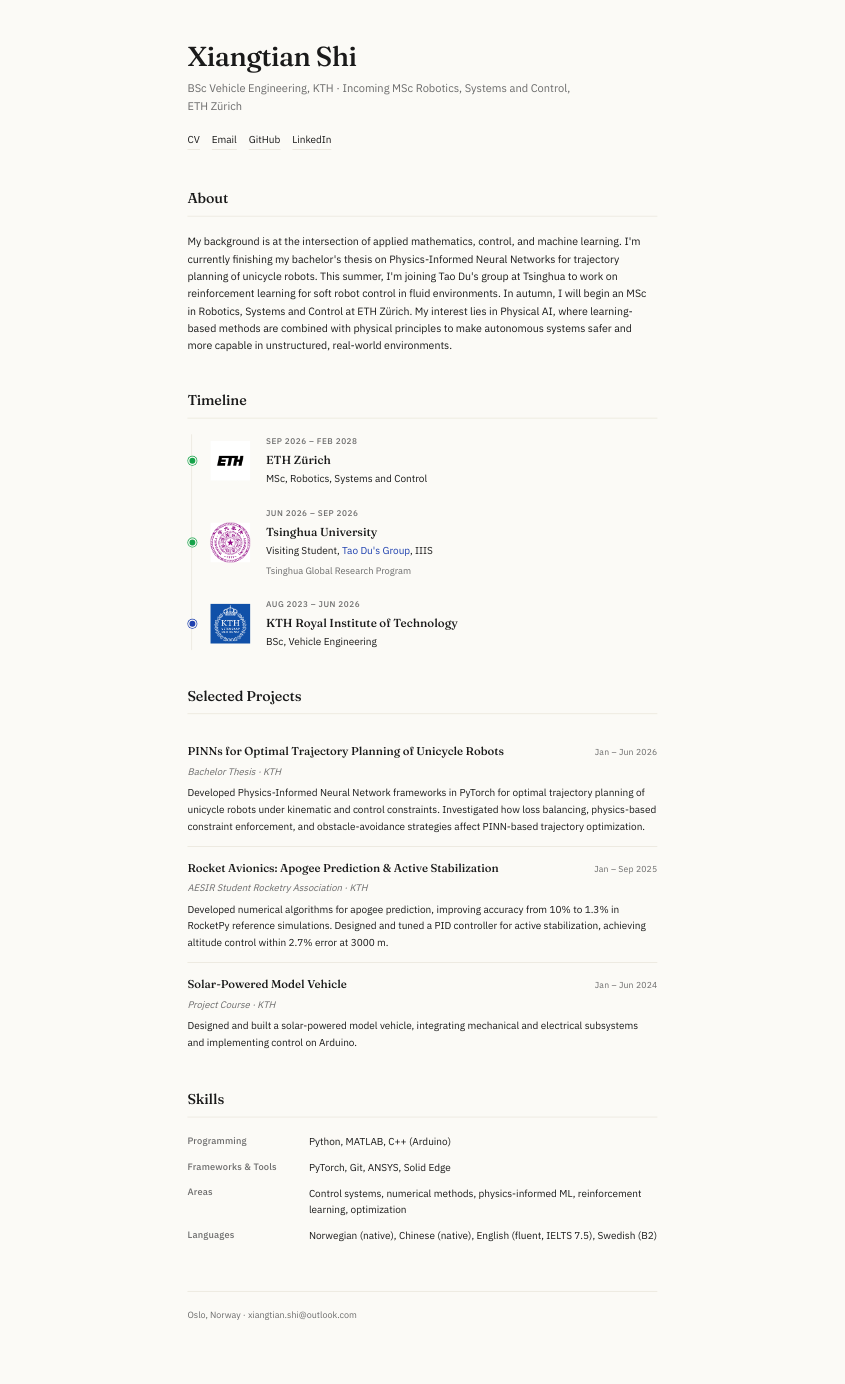
Repository: xitisch/xitisch.github.io
Page: index.html
These files come from the project's save history. The page is drawn as it stood at one moment and after the next save; the edit follows.
The browser window is 1280 px wide. The pictures show the whole page, at 66% of full size.

Above is the page before, as saved 2026-06-08 03:08:16.

### index.html
<!doctype html>
<html lang="en">
<head>
  <meta charset="UTF-8">
  <meta name="viewport" content="width=device-width, initial-scale=1.0">
  <link rel="stylesheet" href="style.css">
  <title>Xiangtian Shi</title>
</head>
<body>
  <div class="container">

    <header>
      <h1>Xiangtian Shi</h1>
      <p class="tagline">BSc Vehicle Engineering, KTH &middot; Incoming MSc Robotics, Systems and Control, ETH&nbsp;Zürich</p>
      <nav class="header-links">
        <a href="XiangtianShi_CV.pdf" target="_blank">CV</a>
        <a href="mailto:xiangtian.shi@outlook.com">Email</a>
        <a href="https://github.com/xitisch">GitHub</a>
        <a href="https://www.linkedin.com/in/xiangtian-shi-5ab47428b/">LinkedIn</a>
      </nav>
    </header>

    <section>
      <h2>About</h2>
      <p>
      My background is at the intersection of applied mathematics, control, and machine learning. I'm currently finishing my bachelor's thesis on Physics-Informed Neural Networks for trajectory planning of unicycle robots. This summer, I'm joining Tao Du's group at Tsinghua to work on reinforcement learning for soft robot control in fluid environments. In autumn, I will begin an MSc in Robotics, Systems and Control at ETH Zürich. My interest lies in Physical AI, where learning-based methods are combined with physical principles to make autonomous systems safer and more capable in unstructured, real-world environments.
      </p>
    </section>

    <section>
      <h2>Timeline</h2>
      <div class="timeline">

        <div class="timeline-item current">
          <img class="timeline-logo" src="images/eth.png" alt="ETH logo">
          <div class="timeline-item-text">
            <div class="timeline-date">Sep 2026 &ndash; Feb 2028</div>
            <div class="timeline-title">ETH Zürich</div>
            <div class="timeline-meta">MSc, Robotics, Systems and Control</div>
          </div>
        </div>

        <div class="timeline-item current">
          <img class="timeline-logo" src="images/thu.png" alt="THU logo">
          <div class="timeline-item-text">
            <div class="timeline-date">Jun 2026 &ndash; Sep 2026</div>
            <div class="timeline-title">Tsinghua University</div>
            <div class="timeline-meta">Visiting Student, <a href="https://people.iiis.tsinghua.edu.cn/~taodu/">Tao Du's Group</a>, IIIS</div>
            <div class="timeline-note">Tsinghua Global Research Program</div>
          </div>
        </div>

        <div class="timeline-item">
          <img class="timeline-logo" src="images/kth.jpg" alt="KTH logo">
          <div class="timeline-item-text">
            <div class="timeline-date">Aug 2023 &ndash; Jun 2026</div>
            <div class="timeline-title">KTH Royal Institute of Technology</div>
            <div class="timeline-meta">BSc, Vehicle Engineering</div>
          </div>
        </div>

      </div>
    </section>

    <section>
      <h2>Selected Projects</h2>

      <!--
      <article class="project">
        <div class="project-header">
          <h3 class="project-title">Reinforcement Learning for Soft Robot Control <span class="tag">Upcoming</span></h3>
          <div class="project-date">Jun &ndash; Aug 2026</div>
        </div>
        <div class="project-affiliation">Tao Du's Group, IIIS &middot; Tsinghua University</div>
        <p class="project-description">
          Extending a simulation framework to develop RL-based control of soft robotic systems in fluid environments, using lattice Boltzmann simulations.
        </p>
      </article>
      -->

      <article class="project">
        <div class="project-header">
          <h3 class="project-title">PINNs for Optimal Trajectory Planning of Unicycle Robots</h3>
          <div class="project-date">Jan &ndash; Jun 2026</div>
        </div>
        <div class="project-affiliation">Bachelor Thesis &middot; KTH</div>
        <p class="project-description">
          Developed Physics-Informed Neural Network frameworks in PyTorch for optimal trajectory planning of unicycle robots under kinematic and control constraints. Investigated how loss balancing, physics-based constraint enforcement, and obstacle-avoidance strategies affect PINN-based trajectory optimization.
        </p>
      </article>

      <article class="project">
        <div class="project-header">
          <h3 class="project-title">Rocket Avionics: Apogee Prediction &amp; Active Stabilization</h3>
          <div class="project-date">Jan &ndash; Sep 2025</div>
        </div>
        <div class="project-affiliation">AESIR Student Rocketry Association &middot; KTH</div>
        <p class="project-description">
          Developed numerical algorithms for apogee prediction, improving accuracy from 10% to 1.3% in RocketPy reference simulations. Designed and tuned a PID controller for active stabilization, achieving altitude control within 2.7% error at 3000&nbsp;m.
        </p>
      </article>

      <article class="project">
        <div class="project-header">
          <h3 class="project-title">Solar-Powered Model Vehicle</h3>
          <div class="project-date">Jan &ndash; Jun 2024</div>
        </div>
        <div class="project-affiliation">Project Course &middot; KTH</div>
        <p class="project-description">
          Designed and built a solar-powered model vehicle, integrating mechanical and electrical subsystems and implementing control on Arduino.
        </p>
      </article>

    </section>

    <section>
      <h2>Skills</h2>
      <dl class="skills-grid">
        <dt>Programming</dt>
        <dd>Python, MATLAB, C++ (Arduino)</dd>

        <dt>Frameworks &amp; Tools</dt>
        <dd>PyTorch, Git, ANSYS, Solid Edge</dd>

        <dt>Areas</dt>
        <dd>Control systems, numerical methods, physics-informed ML, reinforcement learning, optimization</dd>

        <dt>Languages</dt>
        <dd>Norwegian (native), Chinese (native), English (fluent, IELTS 7.5), Swedish (B2)</dd>
      </dl>
    </section>

    <!--
    <section>
      <h2>Beyond Engineering</h2>
      <p>
        Outside of work I play violin (10+ years, former regional competition winner) and table tennis (regional club), and spend as much time as possible hiking, skiing, and running &mdash; most recently the Stockholm Half Marathon 2025. From 2019 to 2022 I competed in Esports; my team won the PUBG Mobile Pro League Western Europe 2021 Spring Season among 16 professional teams.
      </p>
    </section>
    -->

    <footer>
      <p>Oslo, Norway &middot; <a href="mailto:xiangtian.shi@outlook.com">xiangtian.shi@outlook.com</a></p>
    </footer>

  </div>
</body>
</html>

### style.css
@import url('https://fonts.googleapis.com/css2?family=Fraunces:opsz,wght@9..144,400;9..144,500;9..144,600&family=IBM+Plex+Sans:wght@400;500;600&display=swap');

:root {
  --bg: #fbfaf6;
  --text: #1a1a1a;
  --text-muted: #6b6b6b;
  --border: #e7e3d7;
  --accent: #1e40af;
  --accent-soft: rgba(30, 64, 175, 0.08);
  --serif: 'Fraunces', Georgia, serif;
  --sans: 'IBM Plex Sans', -apple-system, BlinkMacSystemFont, sans-serif;
}

* { box-sizing: border-box; }

html { -webkit-text-size-adjust: 100%; }

body {
  font-family: var(--sans);
  background: var(--bg);
  color: var(--text);
  line-height: 1.65;
  margin: 0;
  font-size: 16px;
  -webkit-font-smoothing: antialiased;
  -moz-osx-font-smoothing: grayscale;
}

.container {
  max-width: 760px;
  margin: 0 auto;
  padding: 64px 24px 80px;
}

/* ---------- Typography ---------- */

h1 {
  font-family: var(--serif);
  font-weight: 500;
  font-size: 2.6rem;
  line-height: 1.05;
  margin: 0 0 0.3em;
  letter-spacing: -0.02em;
}

h2 {
  font-family: var(--serif);
  font-weight: 500;
  font-size: 1.35rem;
  margin: 0 0 1.1em;
  letter-spacing: -0.01em;
  padding-bottom: 0.4em;
  border-bottom: 1px solid var(--border);
}

h3 {
  margin: 0;
  font-weight: 500;
  font-size: 1rem;
}

p { margin: 0 0 1em; }

a {
  color: var(--accent);
  text-decoration: none;
  border-bottom: 1px solid transparent;
  transition: border-color 0.15s ease;
}

a:hover { border-bottom-color: var(--accent); }

/* ---------- Header ---------- */

header { margin-bottom: 56px; }

.tagline {
  color: var(--text-muted);
  font-size: 1.05rem;
  margin: 0 0 1.4em;
  max-width: 60ch;
}

.header-links {
  display: flex;
  flex-wrap: wrap;
  gap: 18px;
  font-size: 0.95rem;
}

.header-links a {
  color: var(--text);
  border-bottom: 1px solid var(--border);
  padding-bottom: 2px;
}

.header-links a:hover {
  border-bottom-color: var(--accent);
  color: var(--accent);
}

/* ---------- Sections ---------- */

section { margin-bottom: 52px; }

/* ---------- Timeline ---------- */

.timeline {
  position: relative;
  margin-left: 6px;
  padding-left: 28px;
  border-left: 1px solid var(--border);
}

.timeline-item {
  position: relative;
  margin-bottom: 28px;
  display: flex;
  align-items: center;
  gap: 24px;
}

.timeline-item-text {
  flex: 1 1 auto;
  min-width: 0;
}

.timeline-logo {
  width: 60px;
  height: 60px;
  object-fit: contain;
  flex-shrink: 0;
}

.timeline-item:last-child { margin-bottom: 0; }

.timeline-item::before {
  content: '';
  position: absolute;
  left: -34px;
  top: 50%;
  transform: translateY(-50%);
  width: 9px;
  height: 9px;
  background: var(--accent);
  border-radius: 50%;
  border: 2px solid var(--bg);
  box-shadow: 0 0 0 1px var(--accent);
}

.timeline-item.current::before {
  background: #16a34a;
  box-shadow: 0 0 0 1px #16a34a;
}

.timeline-item.future::before {
  background: var(--bg);
  box-shadow: 0 0 0 1px var(--accent);
}

.timeline-date {
  font-size: 0.78rem;
  color: var(--text-muted);
  font-weight: 500;
  letter-spacing: 0.06em;
  text-transform: uppercase;
  margin-bottom: 4px;
}

.timeline-title {
  font-family: var(--serif);
  font-size: 1.1rem;
  font-weight: 500;
  margin-bottom: 2px;
}

.timeline-meta {
  color: var(--text);
  font-size: 0.95rem;
}

.timeline-note {
  margin-top: 6px;
  font-size: 0.88rem;
  color: var(--text-muted);
}

/* ---------- Projects / Experience entries ---------- */

.project {
  padding: 18px 0;
  border-bottom: 1px solid var(--border);
}

.project:first-child { padding-top: 4px; }
.project:last-child { border-bottom: none; padding-bottom: 4px; }

.project-header {
  display: flex;
  justify-content: space-between;
  align-items: baseline;
  gap: 16px;
  margin-bottom: 4px;
  flex-wrap: wrap;
}

.project-title {
  font-family: var(--serif);
  font-size: 1.08rem;
  font-weight: 500;
  flex: 1 1 auto;
  min-width: 0;
}

.project-date {
  font-size: 0.82rem;
  color: var(--text-muted);
  white-space: nowrap;
  letter-spacing: 0.02em;
}

.project-affiliation {
  color: var(--text-muted);
  font-size: 0.9rem;
  margin-bottom: 8px;
  font-style: italic;
}

.project-description {
  margin: 0;
  font-size: 0.95rem;
}

.tag {
  display: inline-block;
  font-family: var(--sans);
  font-size: 0.68rem;
  padding: 2px 8px;
  background: var(--accent-soft);
  color: var(--accent);
  border-radius: 3px;
  margin-left: 8px;
  font-weight: 500;
  letter-spacing: 0.08em;
  text-transform: uppercase;
  vertical-align: middle;
  font-style: normal;
}

/* ---------- Skills ---------- */

.skills-grid {
  display: grid;
  grid-template-columns: 160px 1fr;
  gap: 14px 24px;
  margin: 0;
}

.skills-grid dt {
  font-weight: 500;
  color: var(--text-muted);
  font-size: 0.88rem;
  letter-spacing: 0.02em;
}

.skills-grid dd {
  margin: 0;
  font-size: 0.95rem;
}

/* ---------- Footer ---------- */

footer {
  margin-top: 72px;
  padding-top: 24px;
  border-top: 1px solid var(--border);
  font-size: 0.85rem;
  color: var(--text-muted);
}

footer a { color: var(--text-muted); }
footer a:hover { color: var(--accent); }

/* ---------- Responsive ---------- */

@media (max-width: 600px) {
  .container { padding: 40px 20px 60px; }
  h1 { font-size: 2.05rem; }
  h2 { font-size: 1.2rem; }

  .skills-grid {
    grid-template-columns: 1fr;
    gap: 2px 0;
  }
  .skills-grid dt { margin-top: 10px; }
  .skills-grid dt:first-child { margin-top: 0; }

  .project-header {
    flex-direction: column;
    align-items: flex-start;
    gap: 2px;
  }
  .project-date { font-size: 0.78rem; }

  .timeline { padding-left: 22px; }
  .timeline-item::before { left: -28px; }
  .timeline-item { gap: 16px; }
  .timeline-logo { width: 48px; height: 48px; }
}

After the next save:
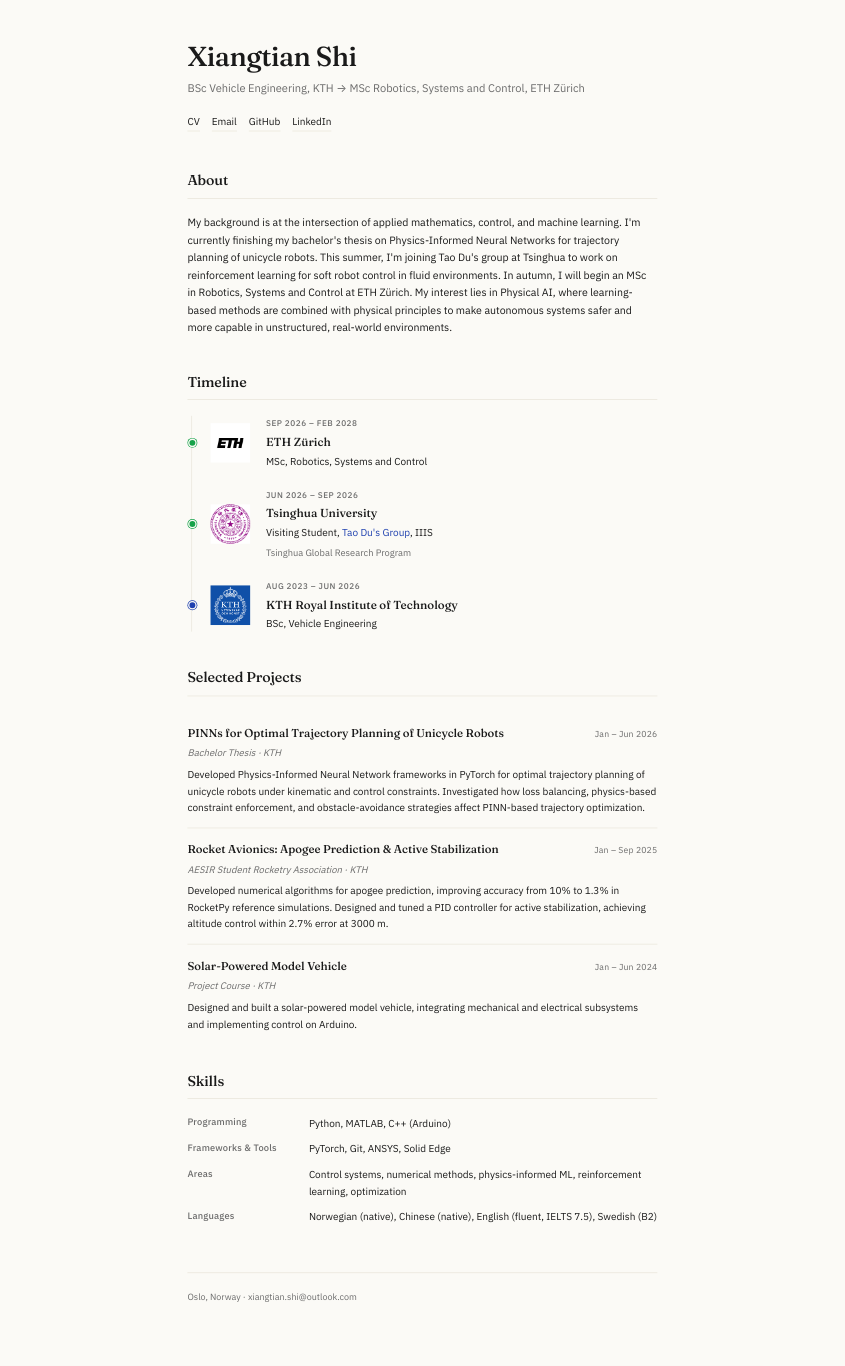
Saved 4 min 33 s later.
--- a/index.html
+++ b/index.html
@@ -11,7 +11,7 @@
 
     <header>
       <h1>Xiangtian Shi</h1>
-      <p class="tagline">BSc Vehicle Engineering, KTH &middot; Incoming MSc Robotics, Systems and Control, ETH&nbsp;Zürich</p>
+      <p class="tagline">BSc Vehicle Engineering, KTH &rarr; MSc Robotics, Systems and Control, ETH Zürich</p>
       <nav class="header-links">
         <a href="XiangtianShi_CV.pdf" target="_blank">CV</a>
         <a href="mailto:xiangtian.shi@outlook.com">Email</a>
